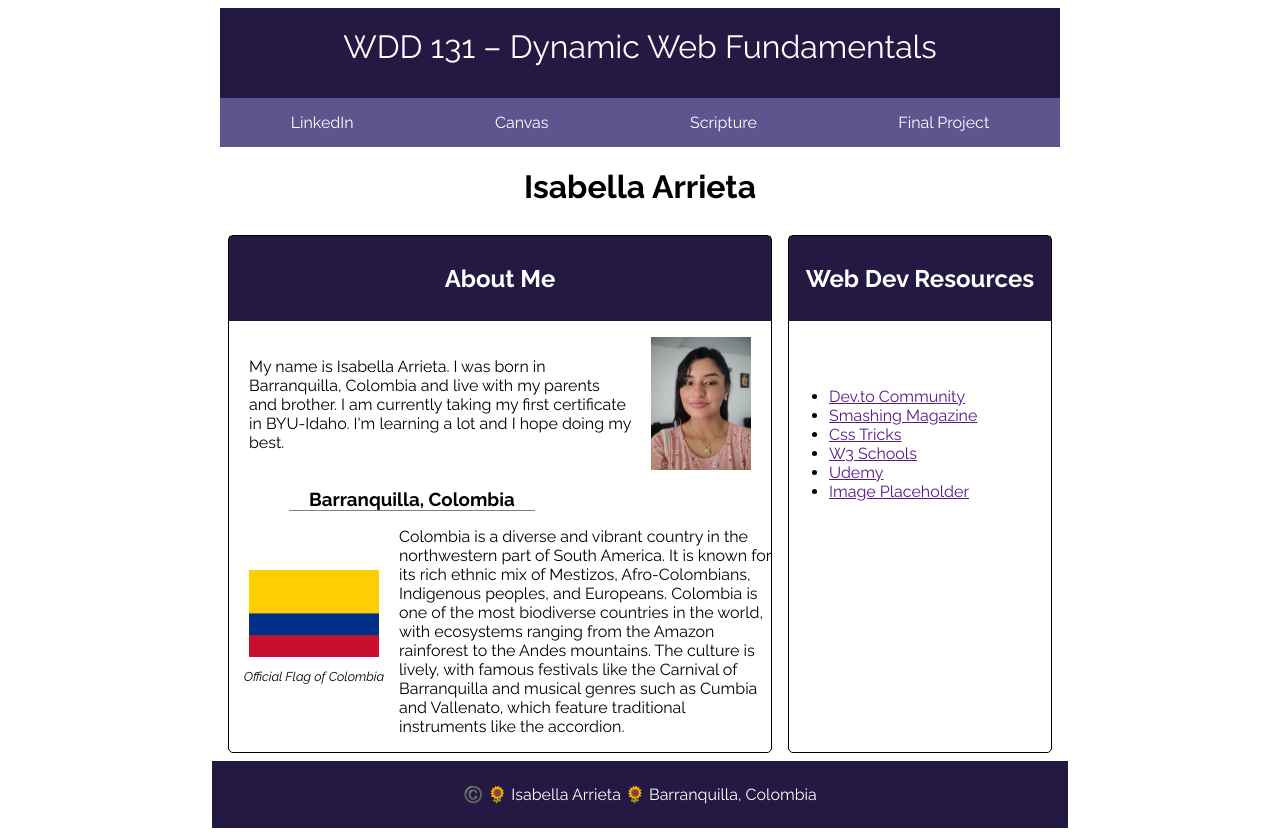
Repository: isaAJ05/wdd131
Page: index.html
The author's editor kept a copy of each file at every save. The page is drawn from the files as they stood at one save, then again after the next save.
The browser window is 1280 px wide. The pictures show the whole page.
Some web fonts or font styles are not loaded; a fallback is used.

Above is the page before, as saved 2025-07-04 03:27:08.

### index.html
<!DOCTYPE html>
<html lang="en">
<head>
    <meta charset="UTF-8">
    <meta name="viewport" content="width=device-width, initial-scale=1.0">
    <title>WDD 131 – Dynamic Web Fundamentals – Isabella Arrieta</title>
    <meta name="description" content="WDD 131 – Dynamic Web Fundamentals Isabella Arrieta, This is a page about me">
    <meta name="author" content="Isabella Arrieta">
    <link rel="stylesheet" href="styles/base.css">
    <link rel="preconnect" href="https://fonts.googleapis.com">
    <link rel="preconnect" href="https://fonts.gstatic.com" crossorigin>
    <link href="https://fonts.googleapis.com/css2?family=Lato:ital,wght@0,100;0,300;0,400;0,700;0,900;1,100;1,300;1,400;1,700;1,900&family=Open+Sans:ital,wght@0,300..800;1,300..800&family=Play:wght@400;700&family=Raleway:ital,wght@0,100..900;1,100..900&display=swap" rel="stylesheet">
</head>
<body>
    <header>
        <div class="header-title">
            <span id="course-title">WDD 131 – Dynamic Web Fundamentals</span>
        </div>
        <nav>
            <a href="www.linkedin.com/in/isabella-arrieta">LinkedIn</a>
            <a href="https://byupw.instructure.com/">Canvas</a>
            <a href="https://www.churchofjesuschrist.org/study/scriptures/bofm/alma/30?lang=eng&id=p44#p44">Scripture</a>
            <a href="">Final Project</a>

        </nav>
    </header>
    <main>

        <h1>Isabella Arrieta</h1>
        <section class="card">
            <div class="rectangle">
                <h2>About Me</h2>
            </div>
            <div class="presentation">
            <img src ="images/isa-picture.jpg" alt="Isabella Arrieta picture">
            <p>My name is Isabella Arrieta. I was born in Barranquilla, Colombia and live with my parents and brother. I am currently taking my first certificate in BYU-Idaho. I'm learning a lot and I hope doing my best. </p>
            <h3>Barranquilla, Colombia</h3>
            </div>
            <div class="country">
            <figure>
                <img src ="images/640px-Flag_of_Colombia.svg.webp" alt="Colombia flag">
                <figcaption>Official Flag of Colombia</figcaption>
            </figure>
            <p>Colombia is a diverse and vibrant country in the northwestern part of South America. It is known for its rich ethnic mix of Mestizos, Afro-Colombians, Indigenous peoples, and Europeans. Colombia is one of the most biodiverse countries in the world, with ecosystems ranging from the Amazon rainforest to the Andes mountains. The culture is lively, with famous festivals like the Carnival of Barranquilla and musical genres such as Cumbia and Vallenato, which feature traditional instruments like the accordion.</p>
            </div>
            </section>
        <section class="card">
            <div class="rectangle">
                <h2>Web Dev Resources</h2>
            </div>
                <ul>
                <li><a href="">Dev.to Community</a></li>
                <li><a href="">Smashing Magazine</a></li>
                <li><a href="">Css Tricks</a></li>
                <li><a href="">W3 Schools</a></li>
                <li><a href="">Udemy</a></li>
                <li><a href="">Image Placeholder</a></li>
            </ul>

        </section>
    </main>
    <footer>
        <p>
            ©️<span id="currentyear"></span> 🌻 Isabella Arrieta 🌻 Barranquilla, Colombia
        </p>
        <p>
            <span id="lastModified"></span>
        </p>
    </footer>

</body>
</html>

### styles/base.css
:root {
    --primary-color: #231942;
    --secondary-color: #5e548e;
    --accent1-color: #ffafcc;
    --accent2-color: #bde0fe;
    --accent3-color: #a2d2ff;
    --heading-font: "Play", sans-serif;
    --body-font: "Raleway", sans-serif;
}
header, main, footer {
    width: 840px;
    margin: 0 auto;
    font-family: var(--body-font);
}
.course-title{
    display: block;

}
.header-title {
    color:white;
	height: 50px;
    padding: 20px;
    font-size: 2rem;
    text-align: center;
    background: var(--primary-color);
}

nav{
    display: flex;
    justify-content: space-around;
    text-decoration: none;
    background: var(--secondary-color);
}
nav a{
    color: #fff;
    text-decoration: none;
    padding: 15px;
}

nav a:hover {
	text-decoration: overline;
}

/* larger/wider views **************************/
@media (min-width: 640px) {
	nav ul {
		display: flex;
	}

	nav ul li {
		flex: 1 0 auto;
}

main{
    display: grid;
    grid-template: auto 1fr / 2fr 1fr;
}
main h1{
    grid-column: 1/3;
    text-align: center;
}
section{
    border: 1px solid black;
    border-radius: 5px;
    margin: 8px;
}

.card .rectangle{
    color:white;
    padding: 8px;
    text-align: center;
    background: var(--primary-color);


}
.presentation img{
    float: right;
    padding: 0px 20px 20px 20px;
    width:100px ;
    height: auto;

}
.presentation p{
    padding: 20px 20px;
}
.card h3{
    display: inline-block;
    border-bottom: 1px solid gray;
    padding: 0 20px;
    margin: 0 60px;
    text-align: center;
    align-items: center;
}

.country{
    display: flex;
    flex: 1 0 auto;
    align-items: center;
}
.card figure{
    margin: 0;
    padding: 0;
}
.card figure img{
    width: 130px;
    height: auto;
    padding: 0 20px;
}
.card figure figcaption{
    text-align: center;
    font-style: italic;
    padding: 8px;
    font-size: 0.8rem;
}


.card ul{
    padding-top: 50px;
}

footer{
    color:  #fff;
    background: var(--primary-color);
    text-align: center;
    padding: 8px;
}

After the next save:
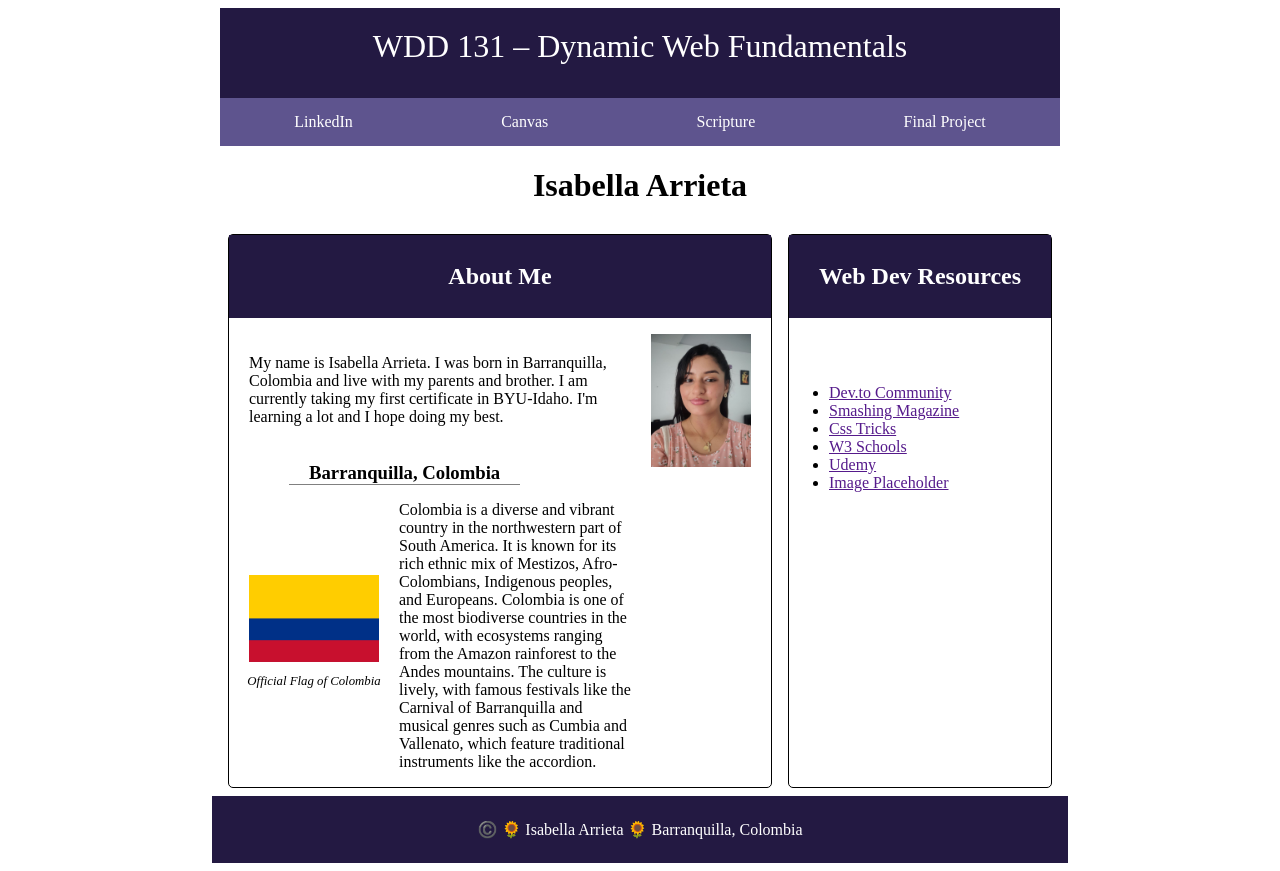
Saved 7 s later.
--- a/styles/base.css
+++ b/styles/base.css
@@ -10,7 +10,6 @@
 header, main, footer {
     width: 840px;
     margin: 0 auto;
-    font-family: var(--body-font);
 }
 .course-title{
     display: block;

After the save that followed:
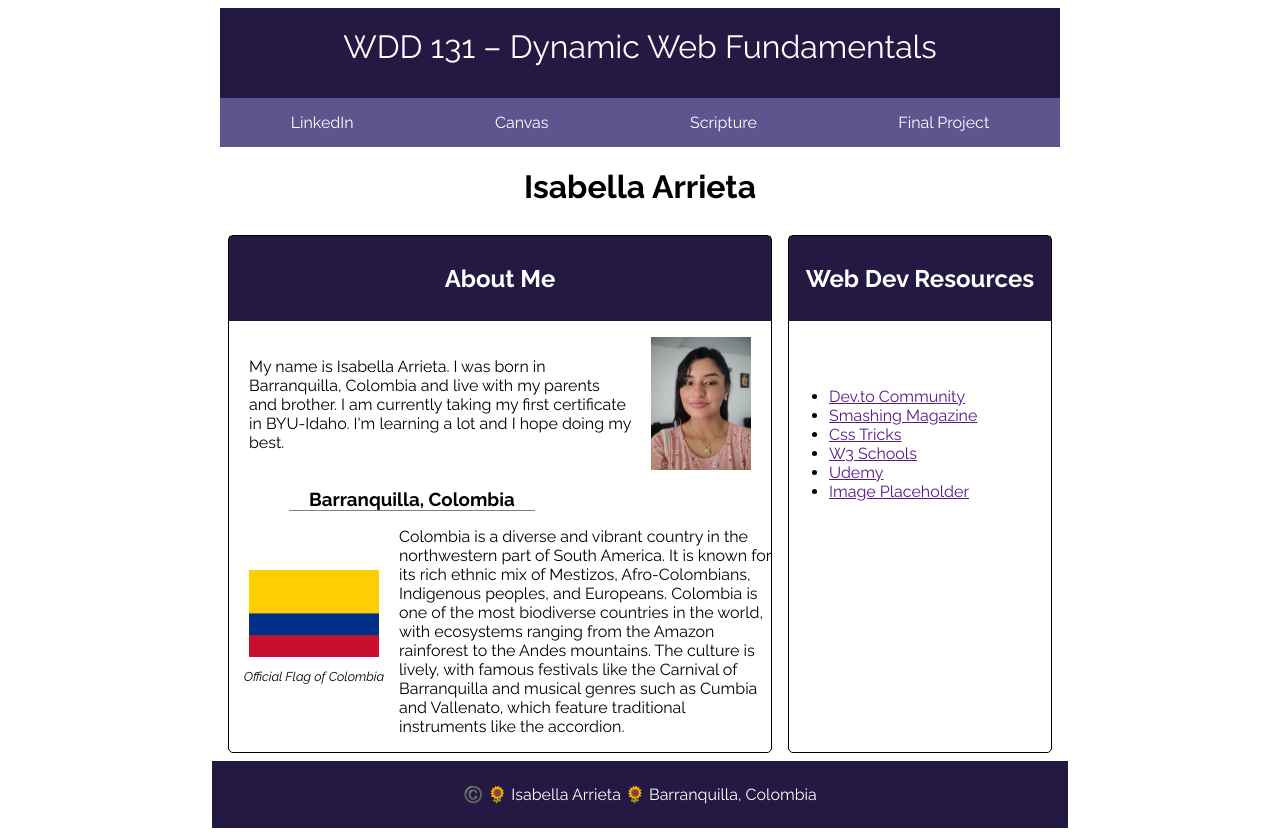
Saved 12 s later.
--- a/styles/base.css
+++ b/styles/base.css
@@ -10,6 +10,7 @@
 header, main, footer {
     width: 840px;
     margin: 0 auto;
+    font-family: var(--body-font);
 }
 .course-title{
     display: block;
